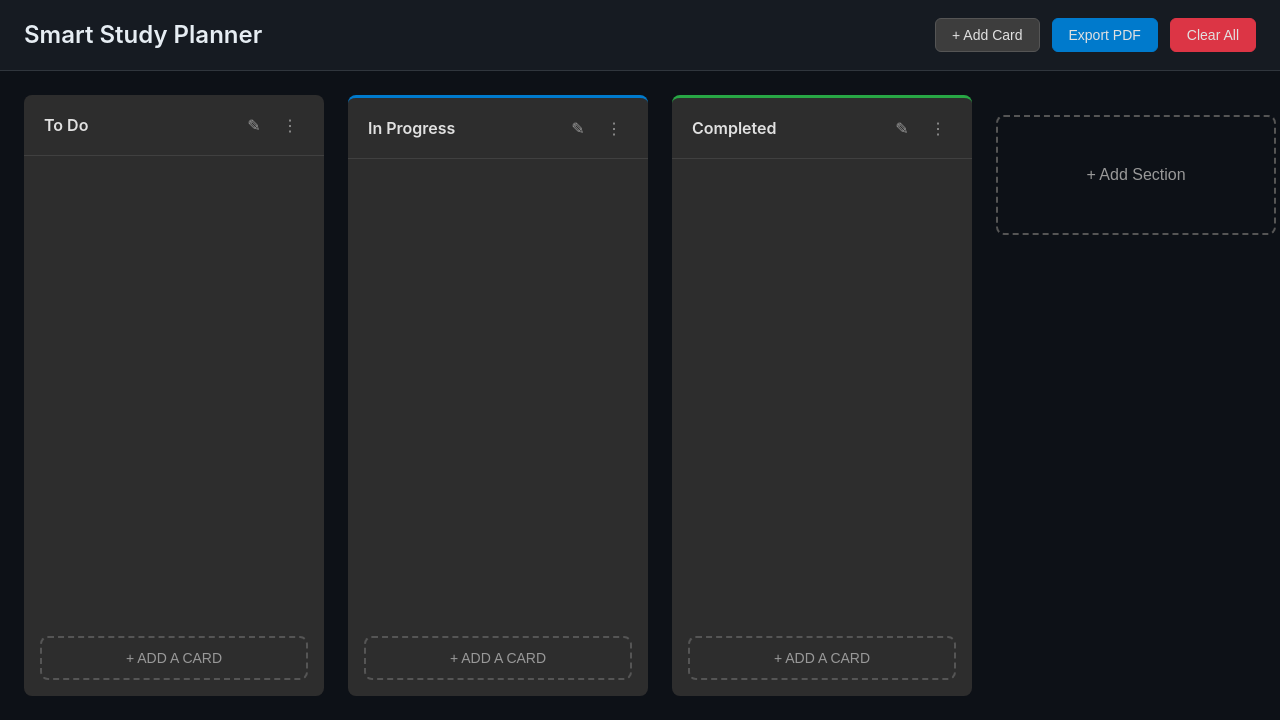
Repository: P7XCKD/edunetwebdev
Page: index.html
The author's editor kept a copy of each file at every save. The page is drawn from the files as they stood at one save, then again after the next save.
The browser window is 1280 px wide. The pictures show the whole page.

Above is the page before, as saved 2025-09-19 20:07:21.

After the next save:
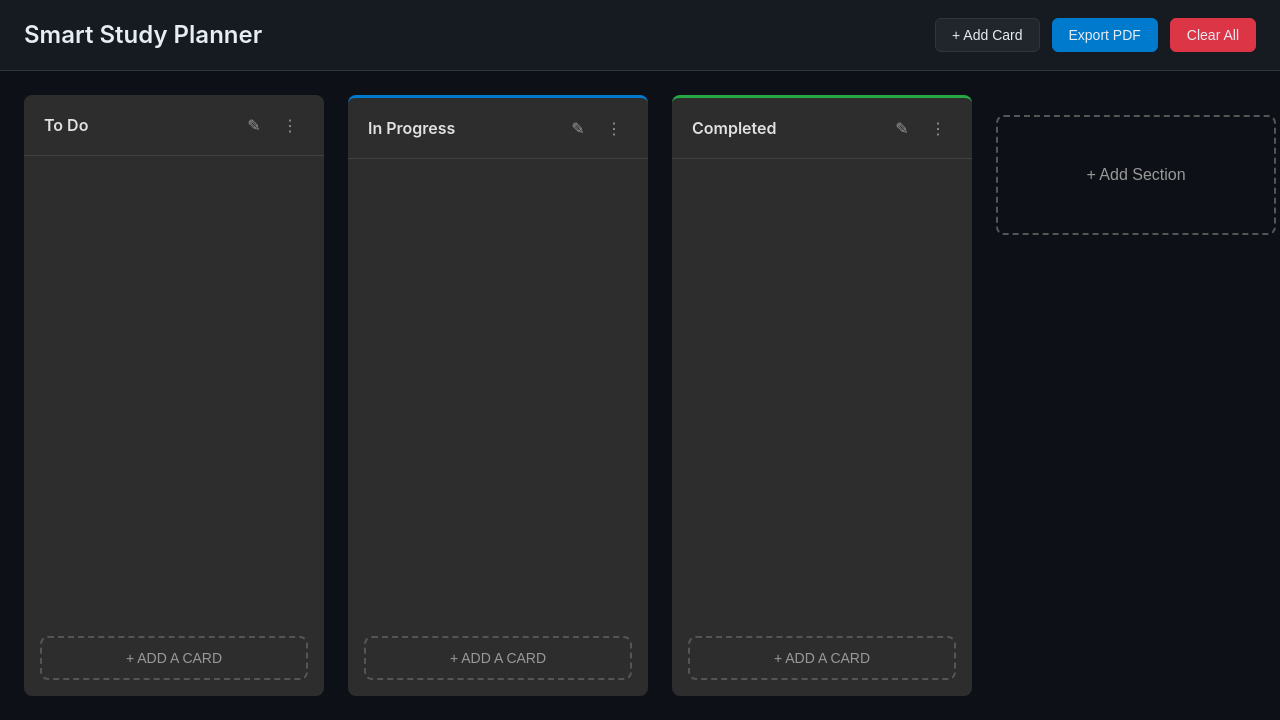
Saved 7 s later.
--- a/style.css
+++ b/style.css
@@ -40,9 +40,9 @@ body {
 }
 
 .add-card-btn, .stats-btn, .export-pdf-btn, .clear-all-btn {
-    background-color: #3d3d3d;
-    color: #e1e1e1;
-    border: 1px solid #555;
+    background-color: #21262d; /* Button background matching image */
+    color: #e6edf3;
+    border: 1px solid #30363d;
     padding: 8px 16px;
     border-radius: 6px;
     cursor: pointer;
